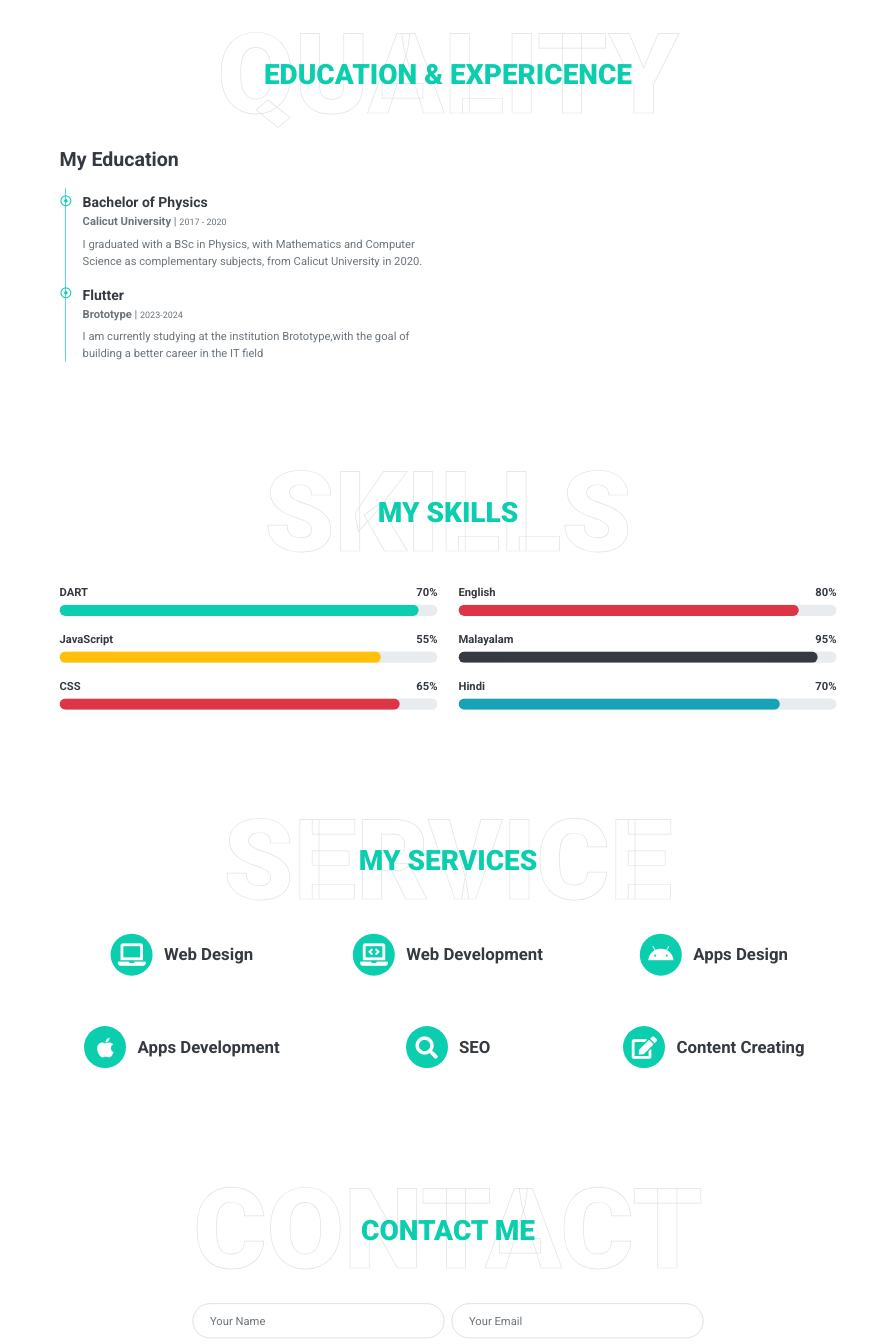
Repository: ethulsr/My-Portfolio-Website
Page: index.html
These files come from the project's save history. The page is drawn as it stood at one moment and after the next save; the edit follows.
The browser window is 1280 px wide. The pictures show the part of the page from y = 1657 to 3577 px (the page is 4288 px tall), at 70% of full size.
Some web libraries are served in a nearby version.

Above is the page before, as saved 2024-09-24 21:41:34.

After the next save:
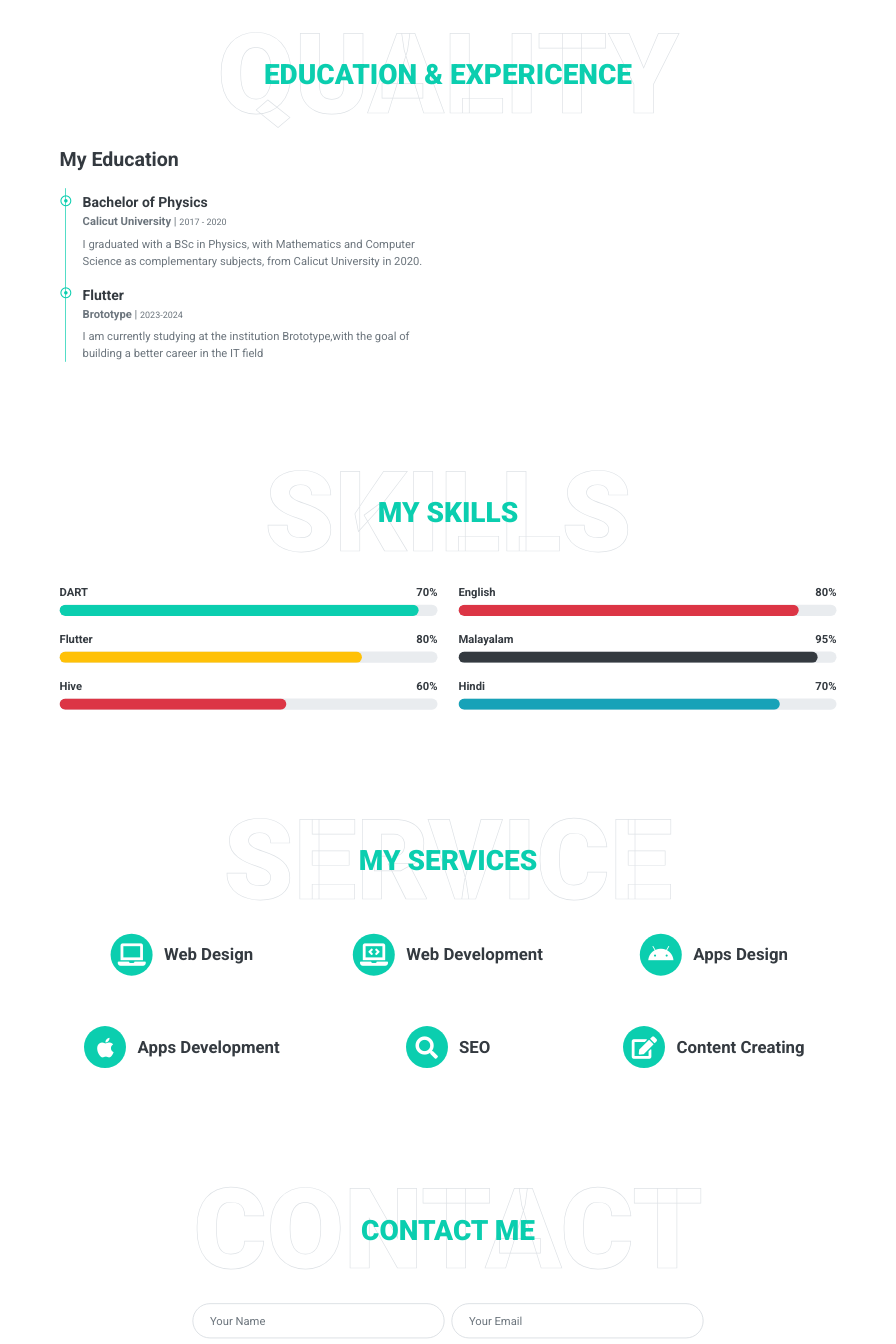
Saved 4 min 11 s later.
--- a/index.html
+++ b/index.html
@@ -177,20 +177,20 @@
                     </div>
                     <div class="skill mb-4">
                         <div class="d-flex justify-content-between">
-                            <h6 class="font-weight-bold">JavaScript</h6>
-                            <h6 class="font-weight-bold">55%</h6>
-                        </div>
-                        <div class="progress">
-                            <div class="progress-bar bg-warning" role="progressbar" aria-valuenow="85" aria-valuemin="0" aria-valuemax="100"></div>
-                        </div>
-                    </div>
-                    <div class="skill mb-4">
-                        <div class="d-flex justify-content-between">
-                            <h6 class="font-weight-bold">CSS</h6>
-                            <h6 class="font-weight-bold">65%</h6>
-                        </div>
-                        <div class="progress">
-                            <div class="progress-bar bg-danger" role="progressbar" aria-valuenow="90" aria-valuemin="0" aria-valuemax="100"></div>
+                            <h6 class="font-weight-bold">Flutter</h6>
+                            <h6 class="font-weight-bold">80%</h6> <!-- You can adjust the percentage as needed -->
+                        </div>
+                        <div class="progress">
+                            <div class="progress-bar bg-warning" role="progressbar" aria-valuenow="80" aria-valuemin="0" aria-valuemax="100"></div>
+                        </div>
+                    </div>
+                    <div class="skill mb-4">
+                        <div class="d-flex justify-content-between">
+                            <h6 class="font-weight-bold">Hive</h6>
+                            <h6 class="font-weight-bold">60%</h6> <!-- You can adjust the percentage as needed -->
+                        </div>
+                        <div class="progress">
+                            <div class="progress-bar bg-danger" role="progressbar" aria-valuenow="60" aria-valuemin="0" aria-valuemax="100"></div>
                         </div>
                     </div>
                 </div>
@@ -226,6 +226,7 @@
             </div>
         </div>
     </div>
+
     <!-- Skill End -->
 
 
